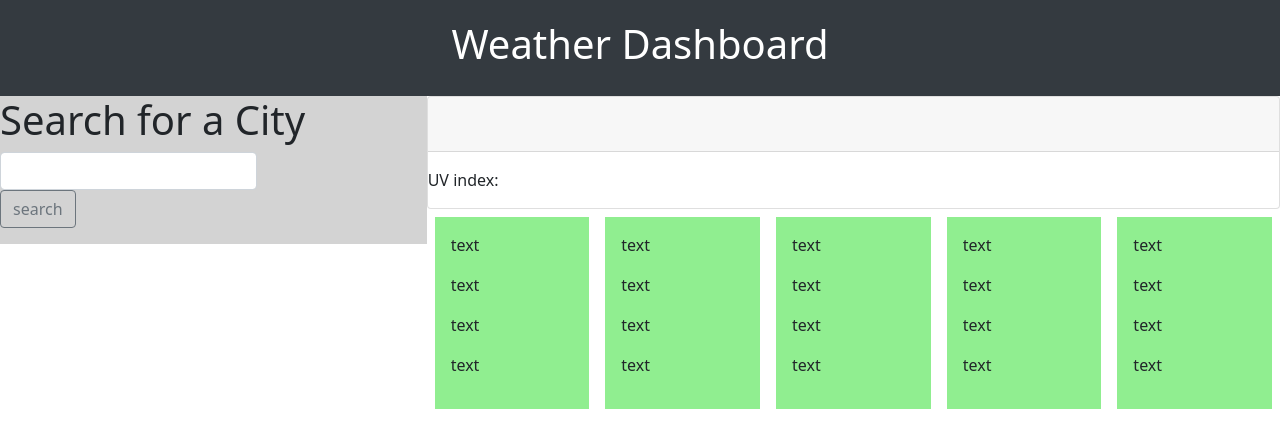
Repository: ziffoit/Weather_Dashboard
Page: index.html
These files come from the project's save history. The page is drawn as it stood at one moment and after the next save; the edit follows.
The browser window is 1280 px wide. The pictures show the whole page.

Above is the page before, as saved 2021-03-26 21:12:25.
Console error: SyntaxError: Unexpected identifier 'name'

After the next save:
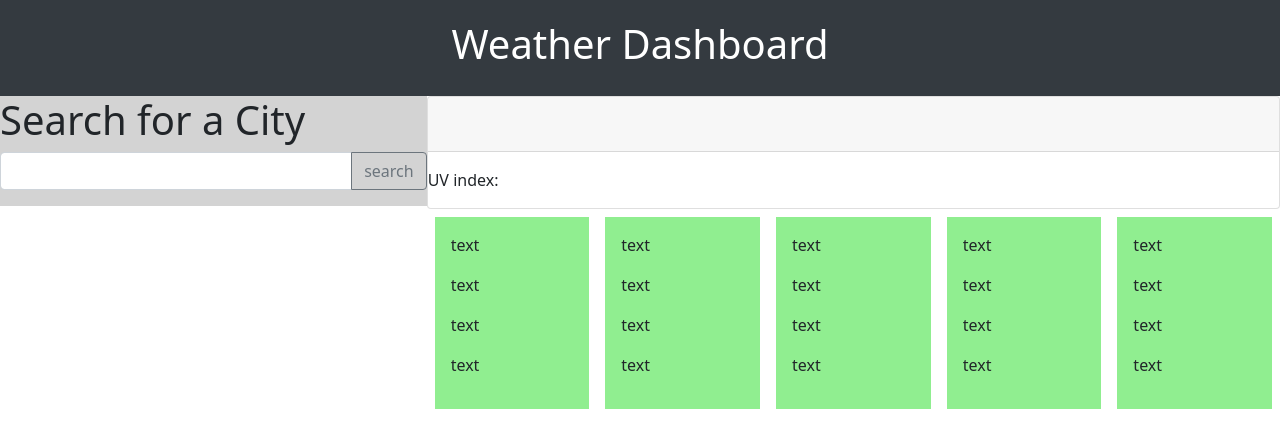
Saved 18 s later.
--- a/index.html
+++ b/index.html
@@ -19,12 +19,8 @@
     <aside class="col-md-4">
       <h1>Search for a City</h1>
       <div class="input-group mb-3">
-        <form >
-          <input type="text" class="form-control" id="cityName" />
-          <button class="btn btn-outline-secondary" id="search">
-            search
-          </button>
-
+        <input type="text" class="form-control" id="cityName" />
+        <button class="btn btn-outline-secondary" id="search">search</button>
       </div>
       <div></div>
     </aside>
